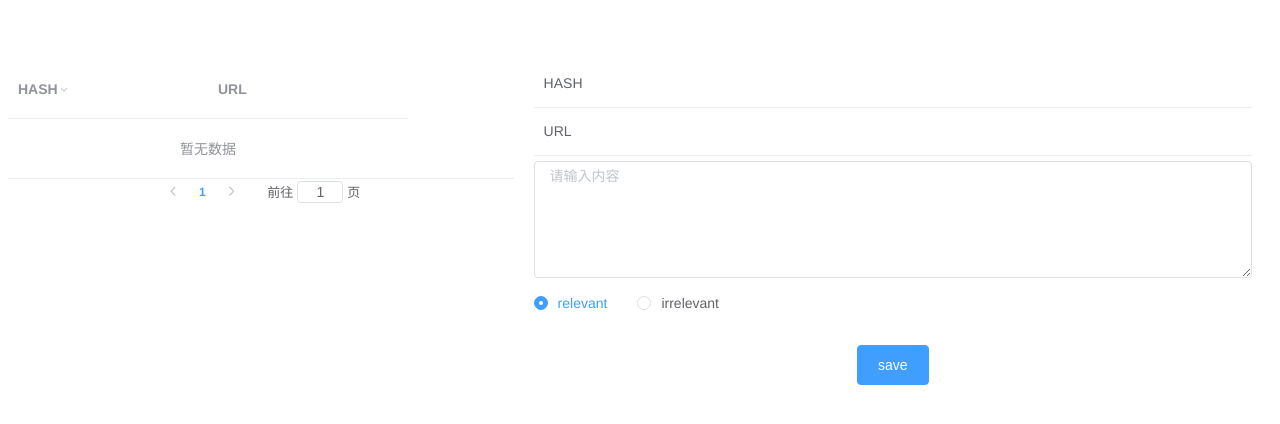
Repository: NicoleGX/TI
Page: /
These files come from the project's save history. The page is drawn as it stood at one moment and after the next save; the edit follows.
The browser window is 1280 px wide. The pictures show the whole page.
The page's requests for data from a server got no answer. The project was rebuilt for these pictures with package versions that can differ from the ones it lists, and the page was loaded fresh each time. No one was signed in, and anything a server would have sent is missing.

Above is the page before, as saved 2019-05-29 16:48:24.

### index.html
<!DOCTYPE html>
<html>
  <head>
    <meta charset="utf-8">
    <meta name="viewport" content="width=device-width,initial-scale=1.0">
    <title>cyberti</title>
  </head>
  <body>
    <div id="app"></div>
    <!-- built files will be auto injected -->
  </body>
</html>

### src/main.js
import Vue from 'vue'
import App from './App'
import toastr from 'toastr'
import 'toastr/build/toastr.min.css'
import axios from 'axios'
import router from './router'
import ElementUI from 'element-ui'
import 'element-ui/lib/theme-chalk/index.css'

Vue.use(ElementUI)
Vue.prototype.$http = axios
Vue.prototype.toastr = toastr

toastr.options = {
  'closeButton': true,
  'debug': false,
  'newestOnTop': false,
  'progressBar': false,
  'positionClass': 'toast-top-right',
  'preventDuplicates': false,
  'onclick': null,
  'showDuration': '300',
  'hideDuration': '1000',
  'timeOut': '3000',
  'extendedTimeOut': '1000',
  'showEasing': 'swing',
  'hideEasing': 'linear',
  'showMethod': 'fadeIn',
  'hideMethod': 'fadeOut'
}

Vue.filter('castsToString', (casts) => {
  return casts.map(item => {
    console.log(item.name)
    return item.name
  })
})

/* eslint-disable no-new */
new Vue({
  created () {
    toastr.success('启动成功!')
  },
  router,
  render: h => h(App)
}).$mount('#app')

### src/router/index.js
import Vue from 'vue'
import Router from 'vue-router'
import TextClassification from '@/views/TextClassification'

Vue.use(Router)

export default new Router({
  routes: [
    {
      path: '/',
      name: 'TextClassification',
      component: TextClassification
    }
  ]
})

### src/views/TextClassification.vue
<template>
  <el-container>
    <el-aside style="width: 40%">
      <el-table
        :data="tableData"
        style="width: 100%"
        :row-class-name="tableRowClassName"
        @cell-click="onCellClick">
        <el-table-column
          prop="hash"
          label="HASH"
          width="200"
          :filters="[{text: 'edited', value: true}, {text: 'unedited', value: false}]"
          :filter-method="filterTag">
        </el-table-column>
        <el-table-column
          prop="url"
          label="URL"
          width="200">
          <template slot-scope="scope">
            <a :href=scope.row.url
              target="_black"
              class="buttonText">{{scope.row.url}}</a>
          </template>
        </el-table-column>
      </el-table>
      <div class="block">
        <el-pagination
          @size-change="handleSizeChange"
          @current-change="handleCurrentChange"
          :current-page.sync="currentPage"
          :page-size="pagesize"
          layout="prev, pager, next, jumper"
          :total="pages_total"
          :pager-count="5"
          small>
        </el-pagination>
      </div>
    </el-aside>

    <el-main style="width: 60%;padding-top: 0;padding-bottom: 0;">
      <el-table
        :data="formData"
        :show-header="false"
        style="width: 100%">
        <el-table-column
          prop="label"
          label="label"
          width="80"></el-table-column>
        <el-table-column
          prop="value"
          label="value"></el-table-column>
      </el-table>
      <el-form ref="form" :model="form">
        <el-input
          type="textarea"
          :autosize="{ minRows: 5, maxRows: 15}"
          placeholder="请输入内容"
          v-model="form.text"
          style="margin: 5px 0;">
        </el-input>
        <el-form-item style="text-align: left;">
          <el-radio v-model="form.relevant" label="relevant" name="type"></el-radio>
          <el-radio v-model="form.relevant" label="irrelevant" name="type"></el-radio>
        </el-form-item>
        <el-button type="primary" @click="onSubmit">save</el-button>
      </el-form>
    </el-main>

  </el-container>
</template>

<script>
export default {
  name: 'textclassfication',
  created () {
    // get pages document and count
    this.getPages()
  },
  methods: {
    tableRowClassName({row, rowIndex}) {
      if (row['has_edit']) {
        return 'success-row';
      } else {
        return 'warning-row';
      }
      return '';
    },
    onCellClick(row, column, cell, event) {  // 加载右侧待编辑数据
      this.formData[0]['value'] = row['hash']
      this.formData[1]['value'] = row['url']
      this.form.text = row['text']
      this.form.relevant = row['relevant']
      this.form.hash = row['hash']
    },
    filterTag(value, row) {
      return row.has_edit === value
    },
    getPages () {
      this.$http.post('/api/pages', {
        current: this.currentPage,
        pagesize: this.pagesize
      })
      .then(res => {
        console.log(res.data)
        this.pages_total = res.data['count']
        this.tableData = res.data['doc']
      })
      .catch(err => {
        this.toastr.error(`${err.message}`, 'ERROR!')
        console.log(err)
      })
    },
    handleSizeChange(val) {
      console.log(`每页 ${val} 条`);
    },
    handleCurrentChange(val) {
      console.log(`当前页: ${val}`);
      this.currentPage = val
      this.getPages()
    },
    onSubmit() {
      // 提交数据
      this.$http.post('/api/edit_pages', {
        form: this.form
      })
      .then(r => {
        this.toastr.success('提交成功')
        this.form = {
          hash: '',
          text: '',
          relevant: 'relevant'
        }
        this.formData[0]['value'] = ''
        this.formData[1]['value'] = ''
        this.getPages()
      })
      .catch(err => {
        this.toastr.error(`${err.message}`, 'ERROR!')
        console.log(err)
      })
    }
  },
  data() {
    return {
      tableData: [],
      formData: [{
        label: 'HASH',
        value: ''
      },{
        label: 'URL',
        value: ''
      }],
      form: {
        hash: '',
        text: '',
        relevant: 'relevant'
      },
      currentPage: 1,
      pagesize: 10,
      pages_total: 0
    }
  }
}
</script>

<style>
.el-table {
  width: 100%!important;
}
.el-table .warning-row {
  background: #fff;
}

.el-table .success-row {
  background: #f0f9eb;
}
</style>

Loaded but not shown: src/App.vue (common file)

After the next save:
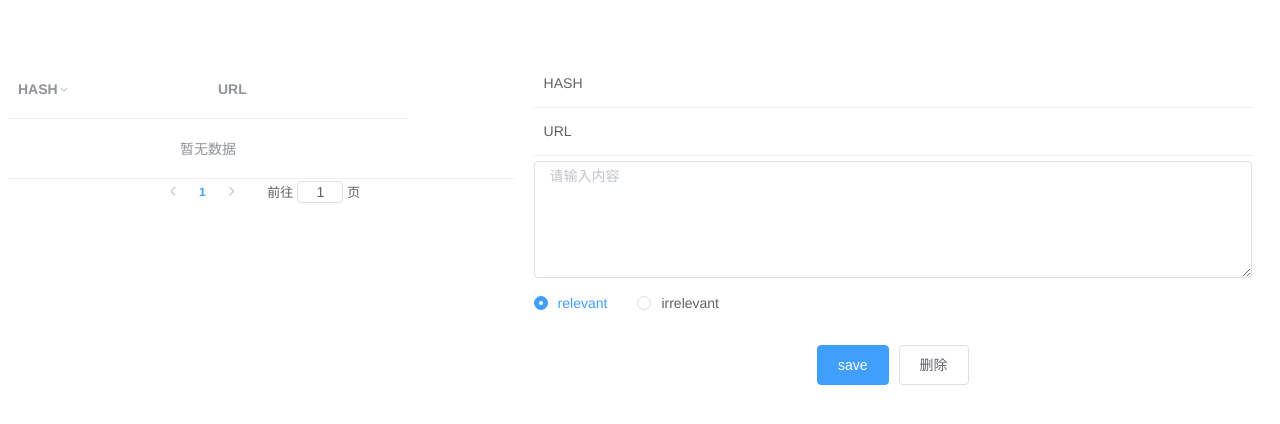
Saved 10 min 39 s later.
--- a/src/views/TextClassification.vue
+++ b/src/views/TextClassification.vue
@@ -64,6 +64,7 @@
           <el-radio v-model="form.relevant" label="irrelevant" name="type"></el-radio>
         </el-form-item>
         <el-button type="primary" @click="onSubmit">save</el-button>
+        <el-button @click="delect">删除</el-button>
       </el-form>
     </el-main>
 
@@ -139,6 +140,16 @@ export default {
         this.toastr.error(`${err.message}`, 'ERROR!')
         console.log(err)
       })
+    },
+    delect() {
+      this.$http.get('/api/edit_pages')
+        .then(res => {
+          this.toastr.success('操作成功')
+        })
+        .catch(err => {
+          this.toastr.error(`${err.message}`, 'ERROR!')
+          console.log(err)
+        })
     }
   },
   data() {
